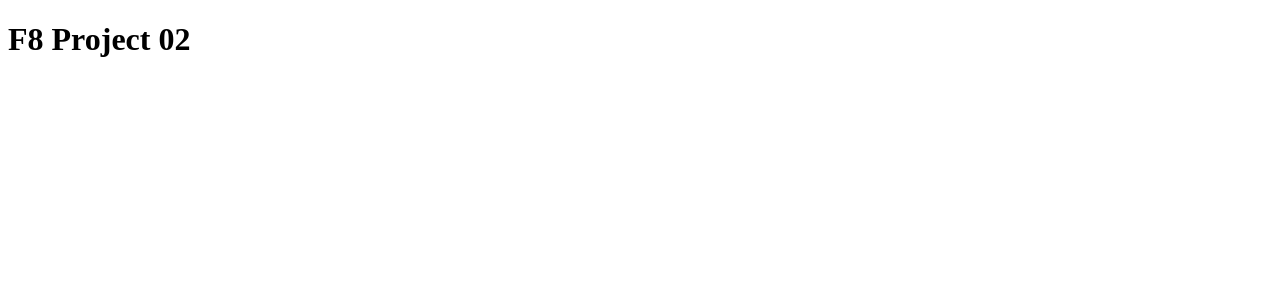
Repository: empty24062002/f8-htmlcss-02
Page: index.html
These files come from the project's save history. The page is drawn as it stood at one moment and after the next save; the edit follows.
The browser window is 1280 px wide. The pictures show the whole page.

Above is the page before, as saved 2023-07-16 07:54:56.

### index.html
<!DOCTYPE html>
<html lang="en">
    <head>
        <meta charset="UTF-8" />
        <meta name="viewport" content="width=device-width, initial-scale=1.0" />
        <title>Document</title>
    </head>
    <body>
        <h1>F8 Project 02</h1>
    </body>
</html>

After the next save:
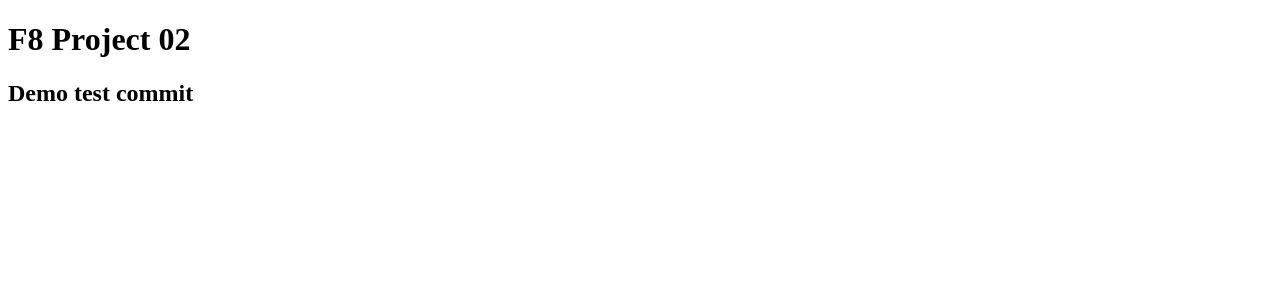
Saved 2 h 28 min later.
--- a/index.html
+++ b/index.html
@@ -7,5 +7,6 @@
     </head>
     <body>
         <h1>F8 Project 02</h1>
+        <h2>Demo test commit</h2>
     </body>
 </html>
